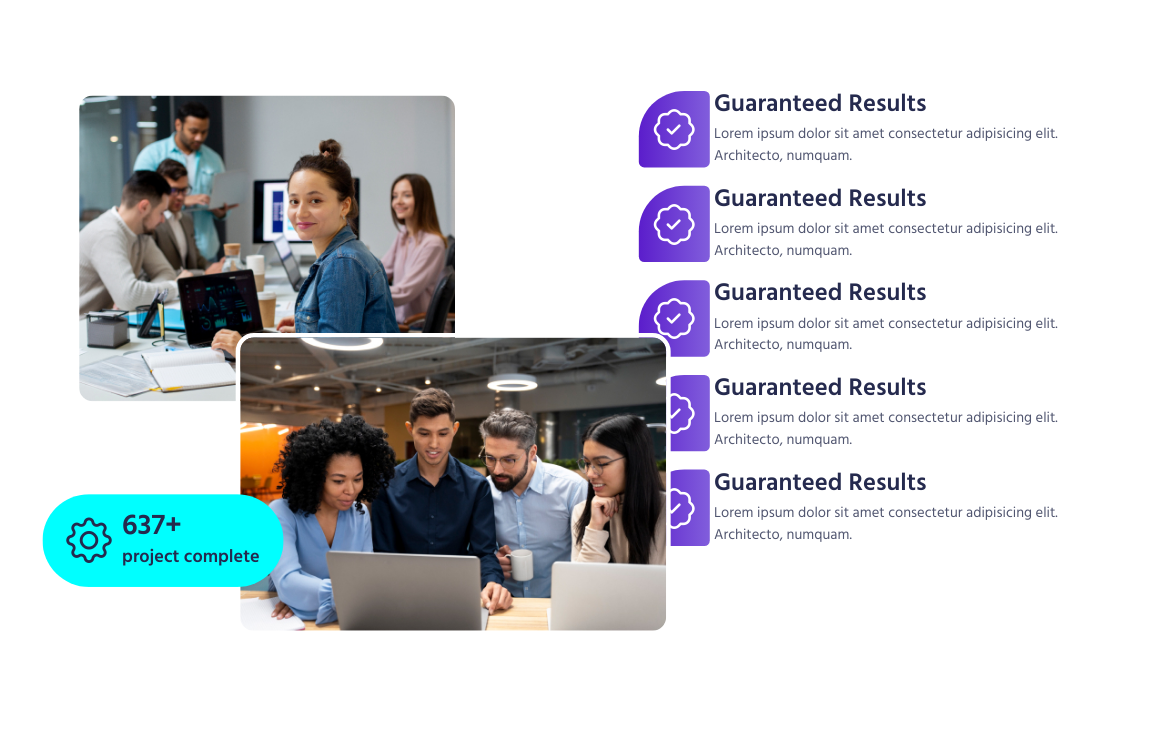
Repository: tagnam/mirehel2.0
Page: about.html
These files come from the project's save history. The page is drawn as it stood at one moment and after the next save; the edit follows.
The browser window is 1280 px wide. The pictures show the whole page, at 91% of full size.

Above is the page before, as saved 2025-02-03 12:24:00.

After the next save:
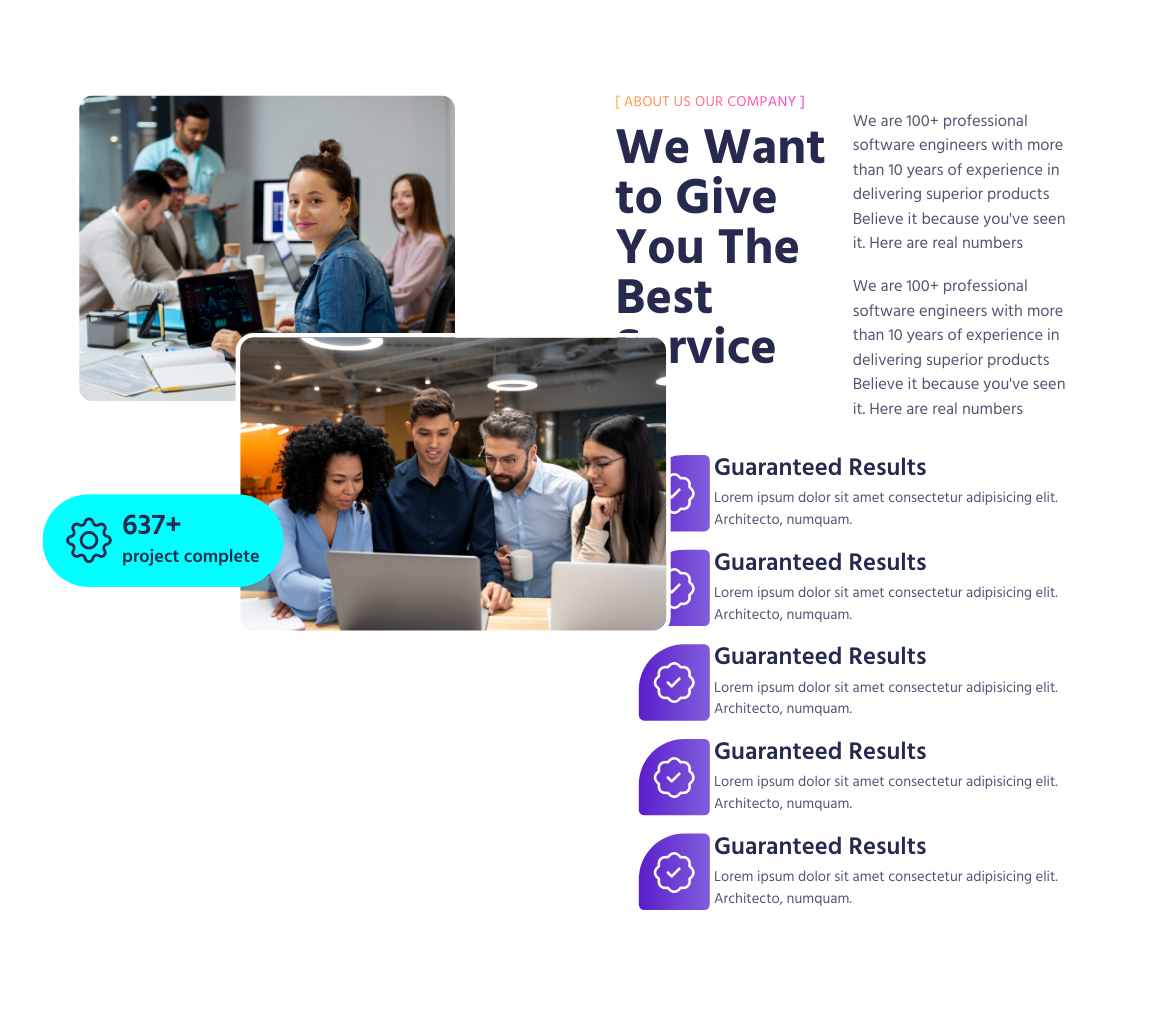
Saved 40 s later.
--- a/about.html
+++ b/about.html
@@ -36,6 +36,21 @@
                 </div>
             </div>
             <div class="col-lg-6">
+                <div class="container-fluid " style="margin-bottom: 20px;">
+                    <div class="row">
+                        <div class="col-lg-6">
+                            <h3 class="sub-heading">[ about us our company ]</h3>
+                            <h1 class="title">We Want to Give You  The Best Service</h1>
+                        </div>
+                        <div class="col-lg-6">
+                            <div class="about-text">
+                                <p>We are 100+ professional software engineers with more than 10 years of experience in delivering superior products Believe it because you've seen it. Here are real numbers</p>
+                                <p>We are 100+ professional software engineers with more than 10 years of experience in delivering superior products Believe it because you've seen it. Here are real numbers</p>
+
+                            </div>
+                        </div>
+                    </div>
+                </div>
                 <div class="about-right-container">
                     <ul class="about-list">
                         <li class="about-list-item">
